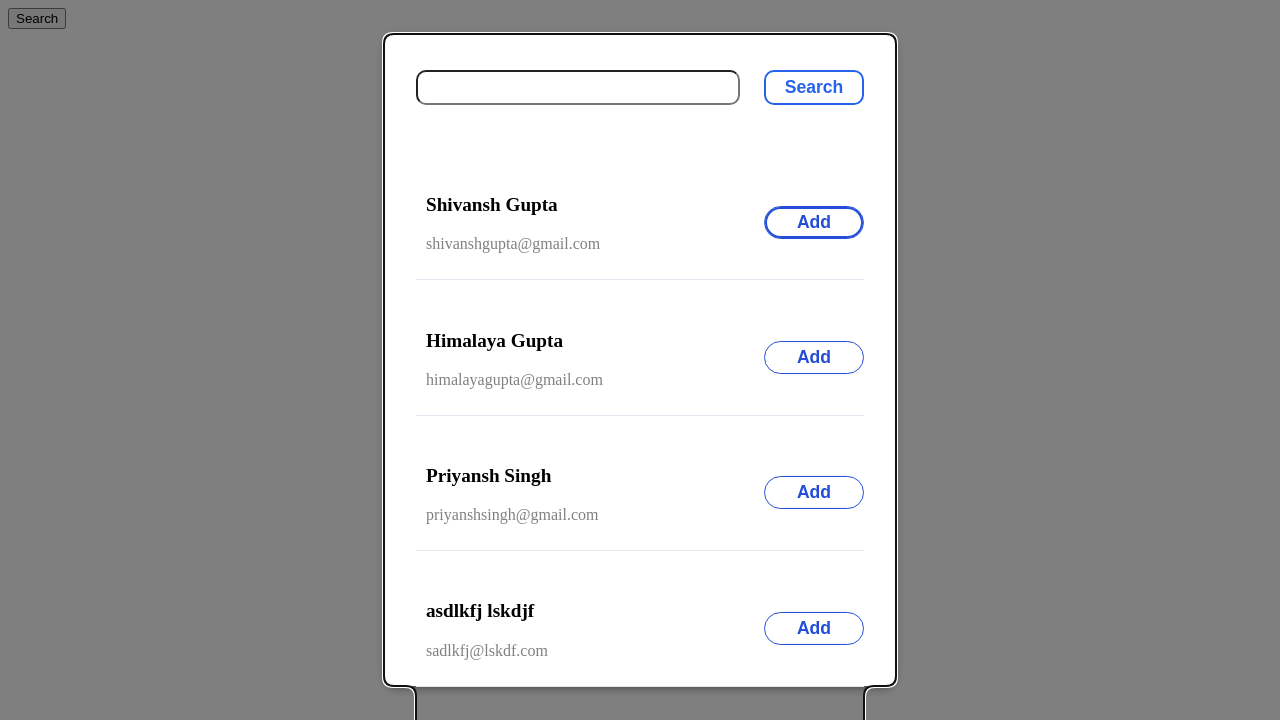
Repository: shiv0403/event-planner
Page: /, after clicking the first element matching `button`
The author's editor kept a copy of each file at every save. The page is drawn from the files as they stood at one save, then again after the next save.
The browser window is 1280 px wide. The pictures show the whole page.
The pointer rests on the first visible `.sp__add > button`.
The project was rebuilt for these pictures with package versions that can differ from the ones it lists, and the page was loaded fresh each time.

Above is the page before, as saved 2021-07-27 12:07:52.

### src/App.js
import React from "react";
import Modal from "./Components/SearchModal/SearchModal";

function App() {
  return (
    <div className="App">
      <Modal />
    </div>
  );
}

export default App;

### src/Components/SearchModal/SearchModal.js
import React, { useState } from "react";
import { makeStyles } from "@material-ui/core/styles";
import Modal from "@material-ui/core/Modal";
import Backdrop from "@material-ui/core/Backdrop";
import Fade from "@material-ui/core/Fade";
import SearchPerson from "./SearchPerson";

import "./SearchModal.css";

const useStyles = makeStyles((theme) => ({
  modal: {
    display: "flex",
    alignItems: "center",
    justifyContent: "center",
  },
  paper: {
    backgroundColor: theme.palette.background.paper,
    boxShadow: theme.shadows[5],
    padding: theme.spacing(2, 4, 3),
    width: "35%",
    borderRadius: "10px",
    height: "85%",
  },
}));

export default function TransitionsModal() {
  const classes = useStyles();
  const [open, setOpen] = useState(false);
  const [data, setData] = useState([
    {
      name: "Shivansh Gupta",
      email: "shivanshgupta@gmail.com",
    },
    {
      name: "Himalaya Gupta",
      email: "himalayagupta@gmail.com",
    },
    {
      name: "Priyansh Singh",
      email: "priyanshsingh@gmail.com",
    },
    {
      name: "asdlkfj lskdjf",
      email: "sadlkfj@lskdf.com",
    },

    {
      name: "asdlkfj lskdjf",
      email: "sadlkfj@lskdf.com",
    },
  ]);

  const handleOpen = () => {
    setOpen(true);
  };

  const handleClose = () => {
    setOpen(false);
  };

  return (
    <div>
      <button type="button" onClick={handleOpen}>
        Search
      </button>
      <Modal
        aria-labelledby="transition-modal-title"
        aria-describedby="transition-modal-description"
        className={classes.modal}
        open={open}
        onClose={handleClose}
        closeAfterTransition
        BackdropComponent={Backdrop}
        BackdropProps={{
          timeout: 500,
        }}
      >
        <Fade in={open}>
          <div className={classes.paper}>
            <div className="search__header">
              <input type="text" />
              <button type="submit"> Search</button>
            </div>
            <div className="search__body">
              {data.map((person) => (
                <SearchPerson name={person.name} email={person.email} />
              ))}
            </div>
            <div className="search__footer">
              <p>https://invitelinke.com</p>
              <button type="submit">Share</button>
            </div>
          </div>
        </Fade>
      </Modal>
    </div>
  );
}

### src/Components/SearchModal/SearchPerson.js
import React from "react";
import "./SearchPerson.css";

function SearchPerson({ name, email }) {
  return (
    <div className="search__person">
      <div className="sp__details">
        <h3>{name}</h3>
        <p>{email}</p>
      </div>

      <div className="sp__add">
        <button type="submit">Add</button>
      </div>
    </div>
  );
}

export default SearchPerson;

### src/Components/SearchModal/SearchModal.css
.search__header {
  display: flex;
  justify-content: space-between;
  margin-bottom: 40px;
  /* margin-top: 20px; */
  padding: 20px 0;
}

.search__header > input {
  border-radius: 10px;
  width: 70%;
  padding: 3px;
  margin-right: 10px;
}

.search__header > button {
  padding: 5px;
  width: 100px;
  border-radius: 10px;
  border: 2px solid #2563eb;
  background-color: #fff;
  font-weight: 900;
  font-size: 1.1rem;
  color: #2563eb;
}

.search__footer {
  display: flex;
  justify-content: space-between;
  margin-top: 40px;
}

.search__footer > p {
  background-color: #eee;
  padding: 5px 10px;
  width: 70%;
  border-radius: 10px;
  margin-right: 10px;
}

.search__footer > button {
  padding: 5px;
  width: 100px;
  border-radius: 10px;
}

### src/Components/SearchModal/SearchPerson.css
.search__person {
  display: flex;
  justify-content: space-between;
  align-items: center;
  /* padding: 20px 30px; */
  width: 100%;
  margin: 20px auto;
  border-bottom: 1px #e2e8f0 solid;
}

.sp__details {
  /* background-color: #eee; */
  border-radius: 10px;
  width: 95%;
  padding: 10px;
  margin-right: 10px;
}

.sp__details > h3 {
  font-size: 1.2rem;
}

.sp__details > p {
  font-size: 1rem;
  margin-top: 5px;
  color: gray;
}

.sp__add > button {
  padding: 5px 3px;
  width: 100px;
  border: 1px #244ed8 solid;
  font-size: 1.1rem;
  border-radius: 20px;
  background-color: #fff;
  font-weight: 800;
  color: #244ed8;
  /* -webkit-transition: padding 2s; */
}

.sp__add > button:hover {
  /* background-color: #2563eb; */
  box-shadow: inset 0 0 0 2px #244ed8;
  -webkit-transition: all 0.1s;
}

/*
#f7fafc
#2563eb
#414a59
#244ed8 */

Loaded but not shown: public/index.html (common file); src/index.js (common file); public/manifest.json (common file)

After the next save:
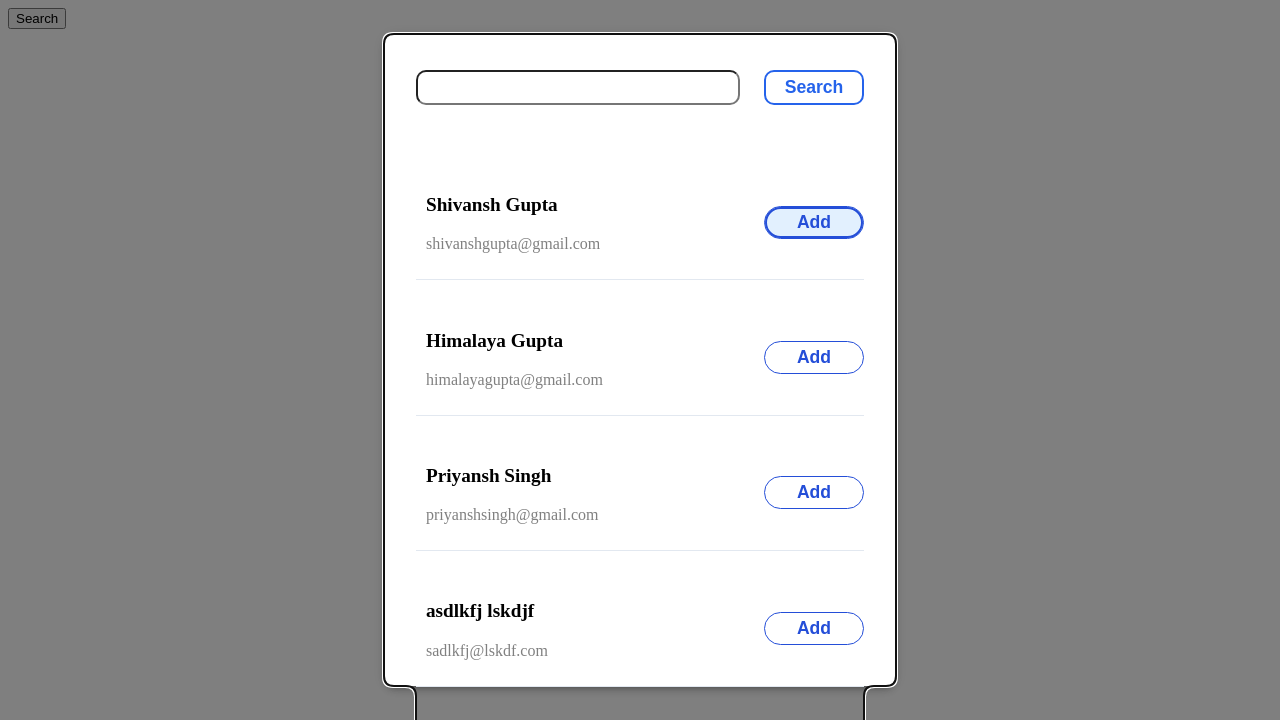
Saved 54 s later.
--- a/src/Components/SearchModal/SearchPerson.css
+++ b/src/Components/SearchModal/SearchPerson.css
@@ -39,7 +39,7 @@
 }
 
 .sp__add > button:hover {
-  /* background-color: #2563eb; */
+  background-color: rgba(112, 181, 249, 0.2);
   box-shadow: inset 0 0 0 2px #244ed8;
   -webkit-transition: all 0.1s;
 }
